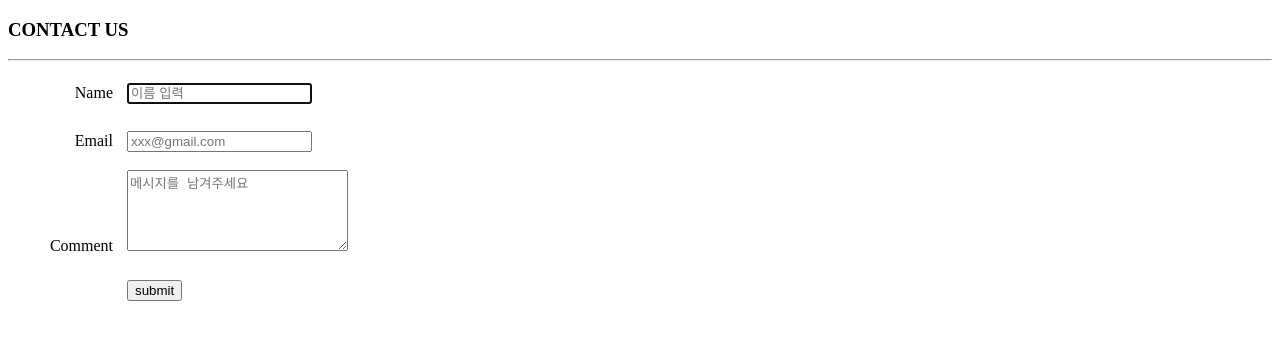
Repository: Gmajorlist/HTML
Page: css/src/main/webapp/06_cssDecorate/exam3.html
An editor plug-in stored every save of this project. The page is shown before and after the next save, followed by the edit.
The browser window is 1280 px wide. The pictures show the whole page.
The first visible `input[type="text"]` has the focus.

Above is the page before, as saved 2023-03-16 03:30:39.

### css/src/main/webapp/06_cssDecorate/exam3.html
<!DOCTYPE html>
<html>
<head>
<meta charset="UTF-8">
<title>Insert title here</title>
<style type="text/css">
div{
	padding:5px;
}
label{
	display: inline-block;
	width: 90px;
	text-align: right;
	padding:10px;
}
/* #는 아이디속성 .은 클래스속성  */
input[type="text"]{ /* text 이름에 글자를 적으면 파랑으로 나온다   */
	color:blue;
}
input:hover, textarea:hover {
	background: aliceblue;

}
</style>
</head>
<body>
<h3>CONTACT US</h3>
<hr>
<form>
	<div>
		<label>Name</label>
		<input type="text" placeholder="이름 입력">
	</div>
	<div>
		<label>Email</label>
		<input type="Email" placeholder="xxx@gmail.com">  <!--  타입에 이메일로 잡아놔서 형식에 어긋나면 메시지가 뜨게 만듬 -->
	</div>
	<div>
		<label>Comment</label>
		<textarea rows="5" cols="25" placeholder="메시지를 남겨주세요"></textarea>
	</div>
	<div>
		<label></label>
		<input type="submit" value="submit">
	</div>
</form>
</body>
</html>

After the next save:
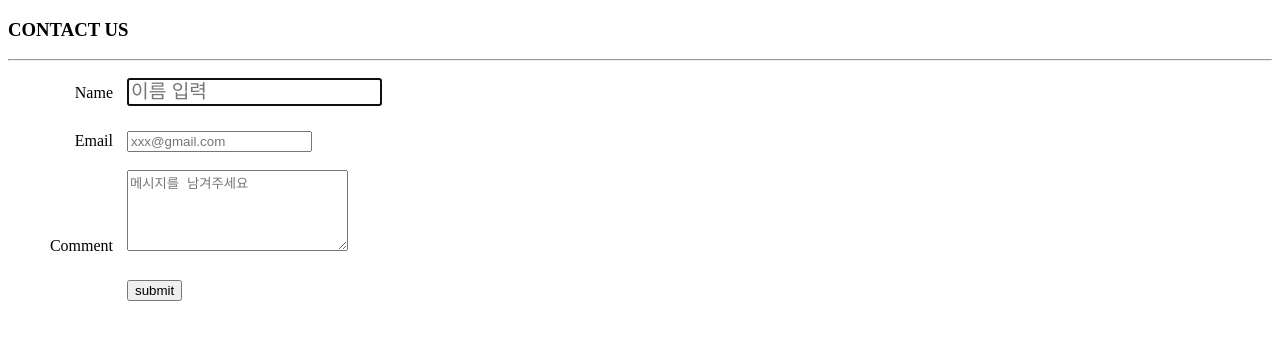
Saved 77 s later.
--- a/css/src/main/webapp/06_cssDecorate/exam3.html
+++ b/css/src/main/webapp/06_cssDecorate/exam3.html
@@ -19,7 +19,9 @@ input[type="text"]{ /* text 이름에 글자를 적으면 파랑으로 나온다
 }
 input:hover, textarea:hover {
 	background: aliceblue;
-
+}
+input[type="text"]:focus,input[type="email"]:focus{
+	font-size: 120%
 }
 </style>
 </head>
